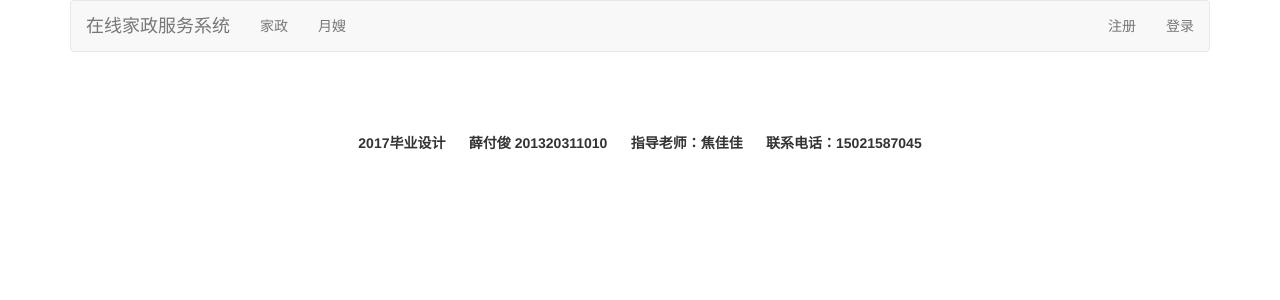
Repository: ELeonCXFJ/MyEclipseWS
Page: http://localhost/MyWeb/jsps/product/keeper/dailywork.jsp
These files come from the project's save history. The page is drawn as it stood at one moment and after the next save; the edit follows.
The browser window is 1280 px wide. The pictures show the whole page.
The page is served by Tomcat 9. Nobody is signed in. The application's start-up code is not run.

Above is the page before, as saved 2017-03-21 04:08:38.

After the next save:
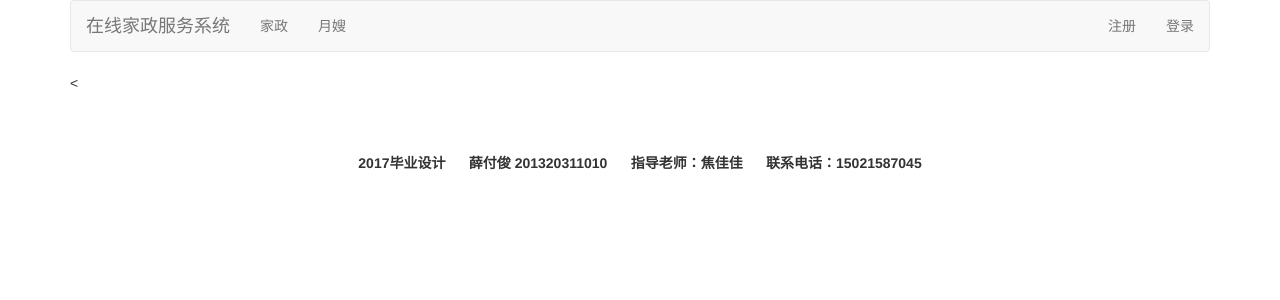
Saved 2 min 22 s later.
--- a/MyWeb/WebRoot/jsps/product/keeper/dailywork.jsp
+++ b/MyWeb/WebRoot/jsps/product/keeper/dailywork.jsp
@@ -5,7 +5,7 @@
 <html>
 <head>
    <meta charset="utf-8">
-   <title></title>
+   <title>日常保洁</title>
    <script src="<c:url value='/vendor/jquery/jquery.min.js'/>"></script>
    <script src="<c:url value='/vendor/bootstrap/js/bootstrap.min.js'/>"></script>
    <link rel="stylesheet" href="<c:url value='/vendor/bootstrap/css/bootstrap.min.css'/>" />
@@ -21,7 +21,7 @@
 
 		</div>
 
-	</div>
+	</div> <
 </div>	<!-- container -->
 	<c:import url="/bottom.jsp"></c:import>
 </body>
